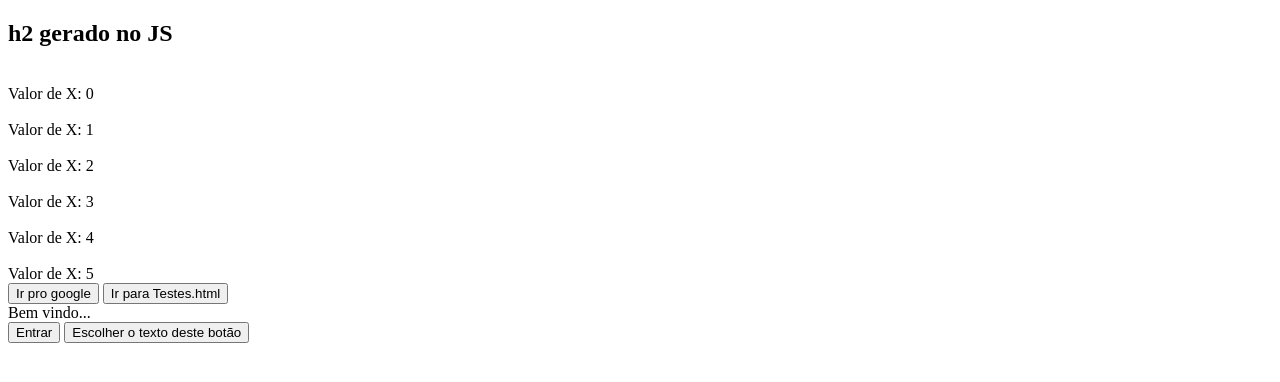
Repository: joaoaspimienta/Testes-e-estudo-de-ReactJS
Page: src/Anotações.html
The author's editor kept a copy of each file at every save. The page is drawn from the files as they stood at one save, then again after the next save.
The browser window is 1280 px wide. The pictures show the whole page.

Above is the page before, as saved 2021-12-27 19:52:50.

### src/Anotações.html
<!DOCTYPE html>
  <head>
    <title>Anotações</title>
    <script type="text/javascript" src="script.js"></script>
  </head>

  <body>
    <button onClick="window.location.href='https://www.google.com';">Ir pro google</button>

    <button onClick="window.location.href='Testes.html';">Ir para Testes.html</button>

    <div id="area">Bem vindo...</div>

    <button onClick="document.getElementById('area').innerHTML='Bem vindo, ' + prompt('Qual seu nome?')">Entrar</button>
    <!-- document.write("<h1>lol</h1>") -->

    <button onClick="this.innerHTML= prompt('Escolha o nome deste botão')">Escolher o texto deste botão</button>
  </body>
</html>

### src/script.js
//Gerar coisas na tela
document.write("<h2>h2 gerado no JS</h2>")


//Arrays
var userList = ['EMIYA', 'Code', 'Carvalho', 'DrA'];

userList.indexOf('Carvalho') //2
userList.join(' e ') //EMIYA e Code e Carvalho...
userList.pop() //remove DrA
userList.shift() //remove EMIYA
userList.push('Honda') //add Honda no final

if(userList.indexOf('EMIYA') > -1) {
  console.log('Este nome está na lista')
} else {
  console.log('Este nome não está na lista')
}

console.log(userList)


//Loops

x = 0;
while(x <= 5) {document.write('</br> Valor de X: ' + x + '</br>')

x++}

After the next save:
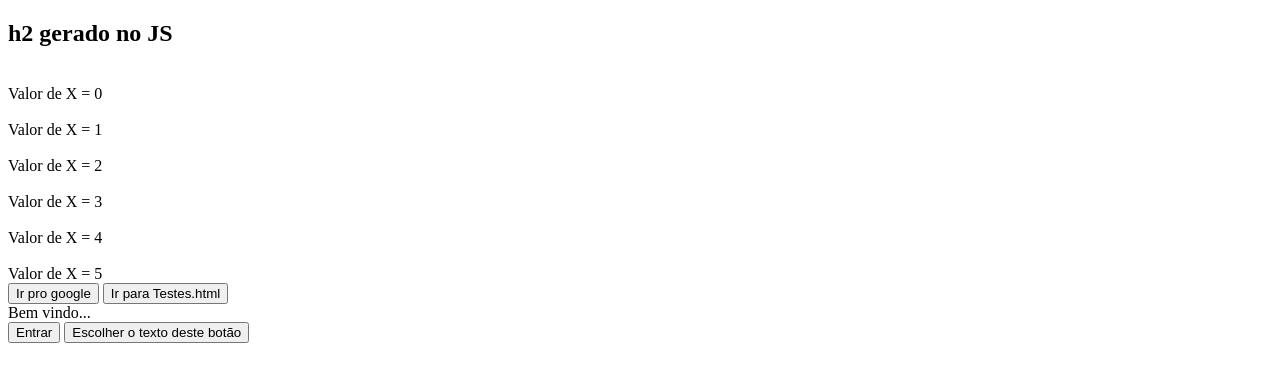
Saved 14 s later.
--- a/src/script.js
+++ b/src/script.js
@@ -23,6 +23,6 @@ console.log(userList)
 //Loops
 
 x = 0;
-while(x <= 5) {document.write('</br> Valor de X: ' + x + '</br>')
+while(x <= 5) {document.write('</br> Valor de X = ' + x + '</br>')
 
 x++}
